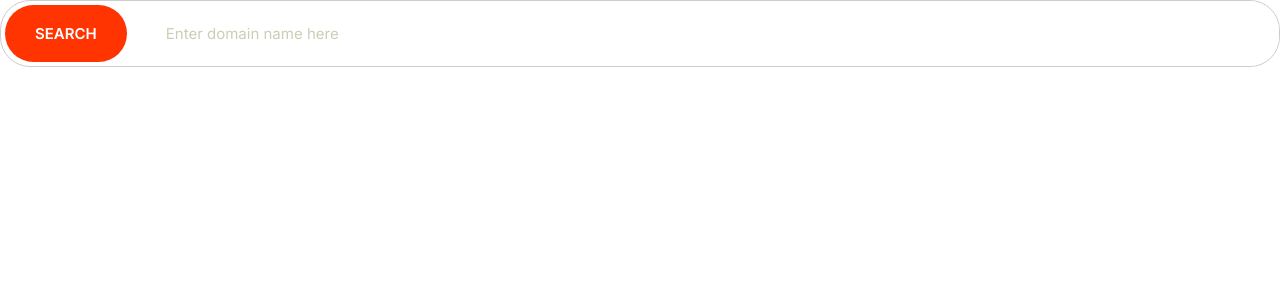
Repository: Qiwenweiii/CodeWithMosh
Page: index.html
The author's editor kept a copy of each file at every save. The page is drawn from the files as they stood at one save, then again after the next save.
The browser window is 1280 px wide. The pictures show the whole page.

Above is the page before, as saved 2021-11-11 21:42:22.

After the next save:
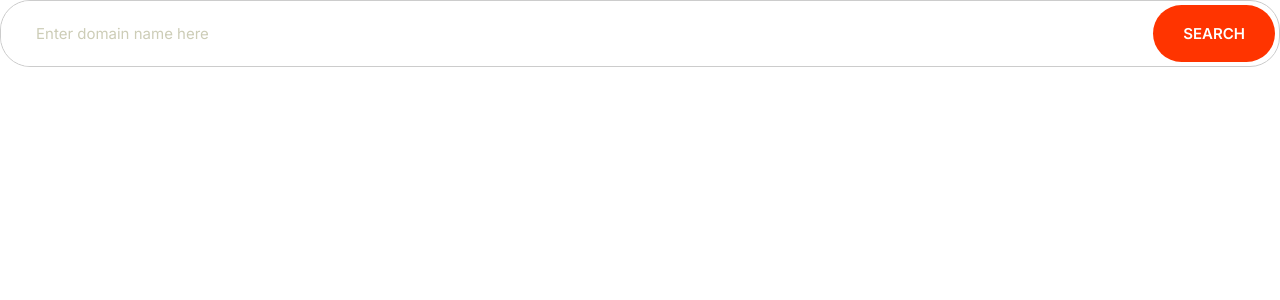
Saved 7 s later.
--- a/index.html
+++ b/index.html
@@ -15,8 +15,8 @@
 
 <body>
     <div class="input-group">
+        <input type="text" class="input" placeholder="Enter domain name here" />
         <button class="btn btn--accent">Search</button>
-        <input type="text" class="input" placeholder="Enter domain name here" />
     </div>
 </body>
 
